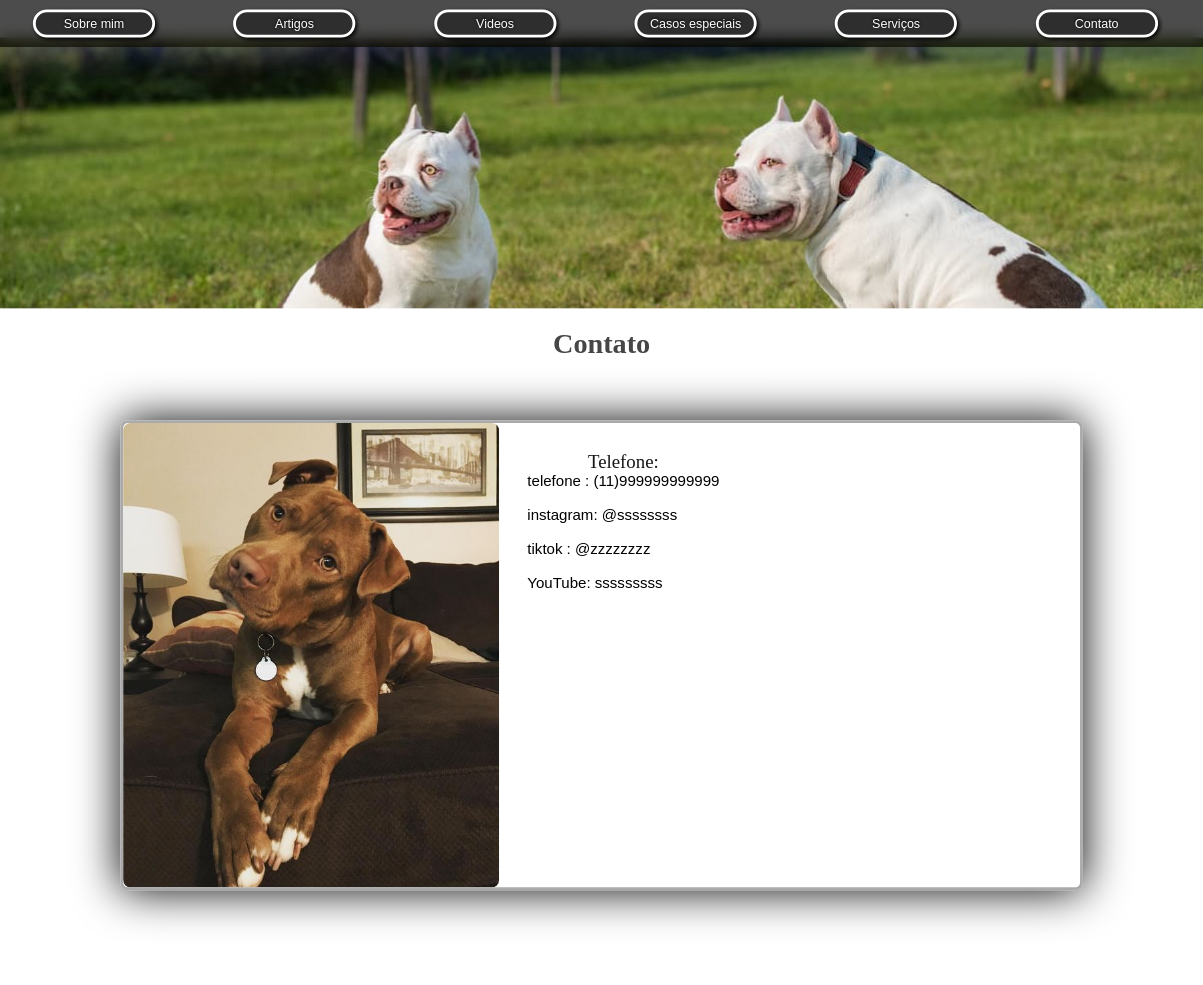
Repository: KevynMarques/Blog-React-StyledComponent
Page: /, after clicking the first element matching `button.sc-iGgWBj`
An editor plug-in stored every save of this project. The page is shown before and after a run of saves, followed by the edit.
The browser window is 1280 px wide. The pictures show the whole page, at 94% of full size.
The project was rebuilt for these pictures with package versions that can differ from the ones it lists, and the page was loaded fresh each time. Also part of the build but not shown: src/Components/Artigos/index.jsx, src/Components/Clientes/index.jsx, src/Components/Serviços/index.jsx, src/Components/View/index.jsx.

Above is the page before, as saved 2022-02-21 19:29:10.

### public/index.html
<!DOCTYPE html>
<html lang="pt-BR">
  <head>
    <meta charset="utf-8" />
    <link rel="icon" href="%PUBLIC_URL%/favicon.ico" />
    <meta name="viewport" content="width=device-width, initial-scale=1" />
    <meta name="theme-color" content="#000000" />
    <meta
      name="description"
      content="Web site created using create-react-app"
    />
    <link rel="apple-touch-icon" href="%PUBLIC_URL%/logo192.png" />
    <!--
      manifest.json provides metadata used when your web app is installed on a
      user's mobile device or desktop. See https://developers.google.com/web/fundamentals/web-app-manifest/
    -->
    <!--
      Notice the use of %PUBLIC_URL% in the tags above.
      It will be replaced with the URL of the `public` folder during the build.
      Only files inside the `public` folder can be referenced from the HTML.

      Unlike "/favicon.ico" or "favicon.ico", "%PUBLIC_URL%/favicon.ico" will
      work correctly both with client-side routing and a non-root public URL.
      Learn how to configure a non-root public URL by running `npm run build`.
    -->
    <title>Adestramento DK</title>
  </head>
  <body>
    <noscript>You need to enable JavaScript to run this app.</noscript>
    <div id="root"></div>
    <!--
      This HTML file is a template.
      If you open it directly in the browser, you will see an empty page.

      You can add webfonts, meta tags, or analytics to this file.
      The build step will place the bundled scripts into the <body> tag.

      To begin the development, run `npm start` or `yarn start`.
      To create a production bundle, use `npm run build` or `yarn build`.
    -->
  </body>
</html>

### src/App.jsx
import Home from './Pages/Home';
import Sobre from './Components/Sobre/index';
import { useState, useEffect } from 'react';
import { GlobalStyle } from './GlobalStyle';
import Geral from './Components/Geral/index';


function App() {

  const [geral, setGeral]=useState(<Sobre />);

  return (
    <>
    <Home setGeral={setGeral} geral={geral}  />
    <Geral geral={geral} />
    <GlobalStyle/>
   </>
  );
}

export default App;

### src/Pages/Home/index.jsx
import React, {useState} from "react"
import {  Home, Videos, Comportamental, Serviços, Diversos, Contato } from "../../Components/Buttons/Style"
import Sobre from '../../Components/Sobre/index'
import Comport  from '../../Components/Artigos/index'
import Clientes from '../../Components/Clientes/index'
import Serv from "../../Components/Serviços"
import Cont from '../../Components/Contato/index'
import View from "../../Components/View"
import { ContainerHeader } from "../../Components/Containers/style"




export default (props) => {

  const [ativo, setAtivo] = useState(false)
  const [ativoVideos, setAtivoVideos] = useState(true)
  const [ativoComp, setComp] = useState(true)
  const [Casos, setCasos] = useState(true)
  const [serviços, setServiços] = useState(true)
  const [contato, setContato] = useState(true)


  return (
   <>
    <ContainerHeader>

       <Home
         setAtivo={setAtivo}
         ativo={ativo}
         onClick={()=>(props.setGeral(<Sobre />),
         setAtivo(false),
         setAtivoVideos(true),
         setComp(true),
         setCasos(true),
         setServiços(true)
         )}>
         <p>Sobre mim</p>
      </Home>


       <Comportamental
          onClick={() =>(props.setGeral(<Comport />),
          setAtivo(true),
          setAtivoVideos(true),
          setComp(false),
          setCasos(true),
          setServiços(true))}

          setComp={setComp}
          ativoComp={ativoComp}>

         <p>Artigos</p>
       </Comportamental>

       <Videos
        ativoEquip={ativoVideos}
        setAtivoVideos={setAtivoVideos}
        onClick={()=>(props.setGeral(<View />),
        setAtivo(true),
        setAtivoVideos(false),
        setComp(true),
        setCasos(true),
        setServiços(true)
        )}>
        <p>Videos</p>
       </Videos>

       <Diversos
          onClick={() =>(props.setGeral(<Clientes />),
          setAtivo(true),
          setAtivoVideos(true),
          setComp(true),
          setCasos(false),
          setServiços(true))}
          setCasos={setCasos}
          Casos={Casos}>
         <p>Casos especiais</p>
       </Diversos>


       <Serviços onClick={() =>(props.setGeral(<Serv />),
        setAtivo(true),
        setAtivoVideos(true),
        setComp(true),
        setCasos(true),
        setServiços(false))}
        setServiços={setServiços}
        serviços={serviços}>
         <p>Serviços</p>
       </Serviços>

       <Contato onClick={() =>(props.setGeral(<Cont />),
        setAtivo(true),
        setAtivoVideos(true),
        setComp(true),
        setCasos(true),
        setServiços(true),
        setContato(false)
       )}
          setContato={setContato}
          contato={contato}>
         <p>Contato</p>
      </Contato>

    </ContainerHeader>
    </>
  );
}

### src/Components/Sobre/index.jsx
import Foto from '../Image/foto.png'
import LV from '../Image/LV.jpg';
import Dog from '../Image/Dog.png'
import { Tittle } from "../Textos&Titles/style";
import { ContainerBaner, ContainerBox, ContainerIMG } from "../Containers/style";
import { Info } from "../Textos&Titles/style";
import { SubTitle } from '../Textos&Titles/style';
import { TitleInfo } from '../Textos&Titles/style';


export default () => {
  return (
<>
     <ContainerBaner>
      <img src={Dog} />
     </ContainerBaner>

   <Tittle>
          Adestramento DK
  </Tittle>


  <ContainerBox>
       <ContainerIMG>
        <img src={Foto} />
       </ContainerIMG>
       <Info>
       <TitleInfo>Quem sou eu</TitleInfo>
       meu nome é Kevyn Marques sempre fui um apaixonado por cães, no ano de 2017 tive o prazer
       de fazer parte do 2BPE  onde pude ter  meu primeiro contato com cães de trabalho tanto de faro como de guarda, encantando com aqueles animais comecei a pesquisar e estudar sobre comportamento canino  e desde la eu nunca mais parei, ao longo da minha jornada como adestrador fiz inumeros cursos com pessoas que estão na aréa do adestramento a anos, tanto no esporte canino como no treinamento pet podendo ter uma visão ampla e diversificade de cada caso que passa pelas minhas mãos, tenho um orgulho enorme dos meus resultados, acredito que todos com a orientação adequada podem ter uma vida em harmonia com seus cães independente do tamanho do problema ele sempre tera solução.
       </Info>
       </ContainerBox>

  <SubTitle>  Viper e Logan !
  </SubTitle>


    <ContainerBox>
       <ContainerIMG>
        <img src={LV} />
       </ContainerIMG>
       <Info>
       <TitleInfo>Nosso dia a dia</TitleInfo>
       Apesar de ter tido cães a vida toda o meu primeiro cão de trabalho foi o Logan, meu pastor Belga Malinois que se encontra ao lado direito da foto, com o Logan vieram inumeros desafios afinal é uma raça dificil de lidar, temperamento forte muita disposição e um drive de caça altissimo, porem com a tecnica é o conhecimento adequado o Logan se tornou a melhor companhia que ja tive na vida, ja o Mali mais escuro na foto é o Viper, minha paixão por Malinois so aumenta e com isso veio mais um para familia, o pequeno Viper é bem diferente do Logan, um cão mais calmo e de um temperamento extremamente equilibrado por enquanto ainda não sei se irei treina-lo para guarda e proteção como o Logan, porem uma coisa é certa, eles fazem uma dupla e tanto !! Irei postar videos rotineiros dos treinos de ambos e espero que vocês acompanhem !
       </Info>
   </ContainerBox>
</>

  );
}

### src/GlobalStyle.jsx
import { createGlobalStyle } from 'styled-components';

 export const GlobalStyle = createGlobalStyle`
  * {
    margin: 0;
    padding: 0;
    box-sizing: border-box;

  }
`;

### src/Components/Geral/index.jsx
import React from "react"

export default (props) => {

  return (

    <>
    {props.geral}
    </>

  );

}

### src/Components/Buttons/Style.jsx
import styled from "styled-components";


export const Home = styled.button `
background:${props => props.ativo ? '#2e2e2e' : '#000000'};
font-family: Arial, Helvetica, sans-serif;
font-style:normal;
color:#ffffff;
border:3px solid #ffffff;
text-shadow:0px -1px 3px #000000;
box-shadow:2px 2px 5px #000000;
box-shadow:2px 2px 5px #000000;
box-shadow:2px 2px 5px #000000;
border-radius:25px 25px 25px 25px;
border-radius:25px 25px 25px 25px;
border-radius:25px 25px 25px 25px;
width:130px;
height: 30px;

&:hover {
  background-color: black;
}

cursor:pointer;
margin:0 auto;
margin-left: 35px;

&:active {
  transform: scale(0.9);
}

`;


export const Videos = styled(Home) `

background:${props => props.ativoEquip ? '#2e2e2e' : '#000000'};

`;

export const Comportamental = styled(Home) `

background:${props => props.ativoComp ? '#2e2e2e' : '#000000'};

`;


export const Diversos = styled(Home) `

background:${props => props.Casos? '#2e2e2e' : '#000000'};

`;


export const Serviços = styled(Home) `

background:${props => props.serviços? '#2e2e2e' : '#000000'};

`;

export const Contato = styled(Home) `

background:#2e2e2e;

`;

### src/Components/Contato/index.jsx

import  Apbt from '../Image/apbt.jpg';
import Original from '../Image/Original.jpg'
import { SubTitle, Info } from "../Textos&Titles/style";
import { ContainerIMG, ContainerBox, ContainerBaner } from "../Containers/style";
import { Grif } from '../Textos&Titles/style';




export default () => {
  return (
    <>
    <ContainerBaner>
    <img src={Apbt} />
    </ContainerBaner>

    <SubTitle>
      Contato
    </SubTitle>

      <ContainerBox>
       <ContainerIMG>
       <img src={Original} />
       </ContainerIMG>
       <Info>
         <Grif>Telefone: </Grif>
       telefone : (11)999999999999
       <br></br><br></br>
       instagram: @ssssssss
       <br></br><br></br>
       tiktok : @zzzzzzzz

       <br></br><br></br>
        YouTube:  sssssssss
        </Info>
       </ContainerBox>
    </>
  );
}

### src/Components/Containers/style.jsx
import  styled  from "styled-components";



export const  ContainerHeader  = styled.div `
     width: 100vw;
     height: 50px;
     margin: 0;
     position: fixed;
     z-index: 99999;
     background: rgba( 0, 0, 0, 0.7 );
     box-shadow: 0 8px 32px 0 rgba( 31, 38, 135, 0.37 );
     backdrop-filter: blur( 7.5px );
     -webkit-backdrop-filter: blur( 7.5px );
     color:white;
     display: flex;
     align-items: center;
     justify-content: center;
`;



export const ContainerBaner= styled.div `
  width: 100%;
  height: 40vh;


    img {
    width: 100%;
    height: 100%;
    object-fit: cover;
    margin-top: 40px;

    }
`;


export const  ContainerBox = styled.section `
  height: 500px;
  border: solid 3px #aaaaaa;
  width: 80vw;
  margin: 100px  10%;
  border-radius: 8px;
  box-shadow: 0 0 3em Black;
  display: flex;
  `;


export const ContainerIMG = styled.div `

    min-width:400px;
    height:494px;

  img {
    object-fit: cover;
    width: 100%;
    height: 100%;
    border-radius: 8px;
  }

`;

### src/Components/Textos&Titles/style.jsx
import styled from 'styled-components'



export const Tittle = styled.h1`
@import url('https://fonts.googleapis.com/css2?family=Bangers&display=swap');
color: #312f2f;
font-size: 60px;
font-family: 'Bangers', cursive;
text-align: center;
height: 40px;
margin-top: 45px;
`;


export const Info = styled.p`
 margin: 30px;
 font-family: Arial, Helvetica, sans-serif;
`;


export const SubTitle = styled.h2 `
 text-align: center;
 font-size: 30px;
 margin-top: 60px;
 font-family: Arial, Helvetica, sans-serif;
 color: #464646;
 margin-bottom: -35px;
 font-family: 'Bangers', cursive;
`;


export const TitleInfo = styled.div `
 text-align: center;
 font-size: 30px;
 font-family: Arial, Helvetica, sans-serif;
 color: #464646;
 font-family: 'Bangers', cursive;
 margin-bottom: 15px;
`;


export const Grif =  styled.p`
 text-align: center;
 font-size:  20px;
 font-family: Arial, Helvetica, sans-serif;
 color: #161616;
 font-family: 'Bangers', cursive;
`;

Loaded but not shown: src/index.js (common file)

After the next 3 saves:
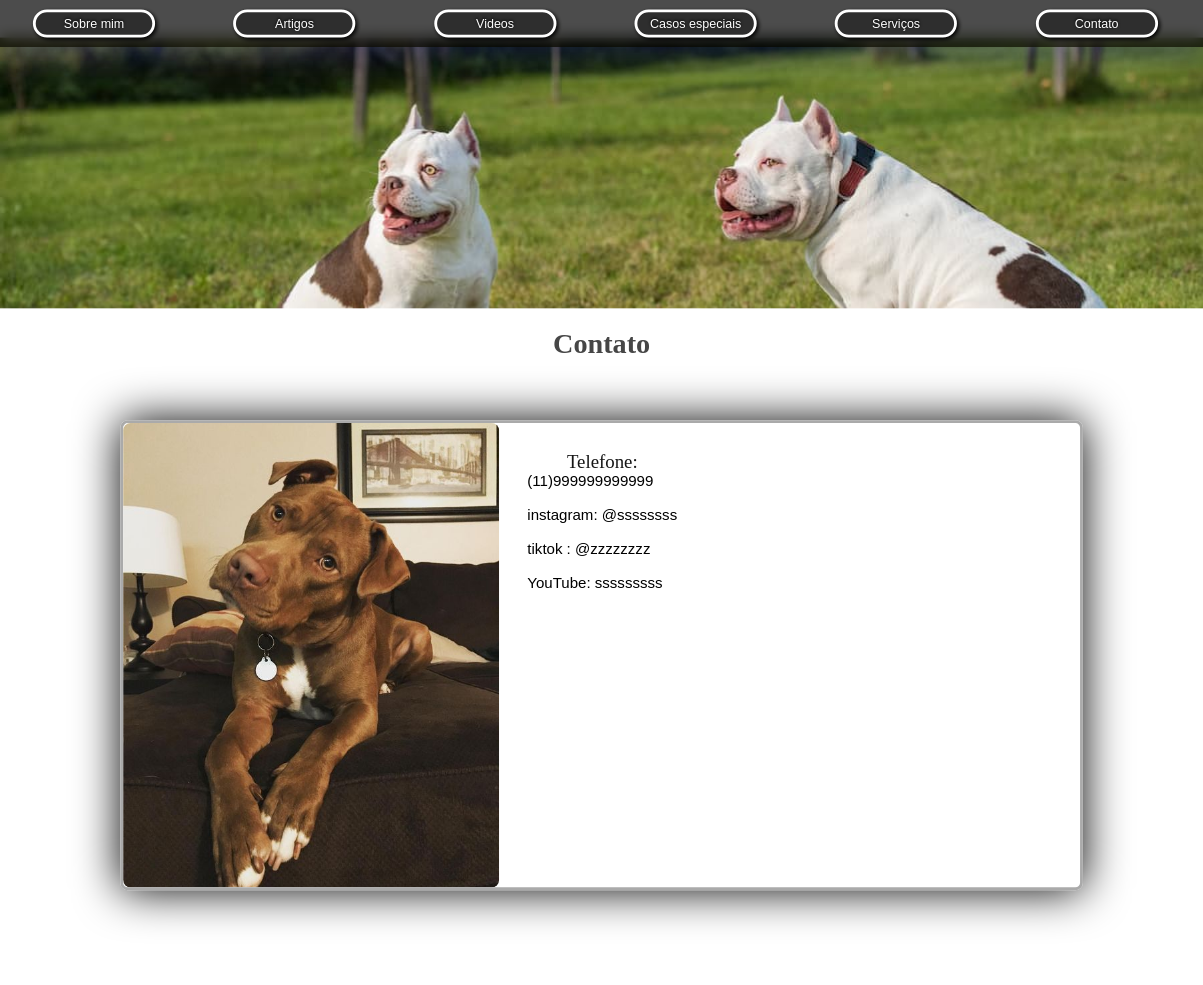
The 3 saves are shown as one change because they came seconds apart.
The last was saved 10 s later.
--- a/src/Components/Contato/index.jsx
+++ b/src/Components/Contato/index.jsx
@@ -24,8 +24,7 @@ export default () => {
        <img src={Original} />
        </ContainerIMG>
        <Info>
-         <Grif>Telefone: </Grif>
-       telefone : (11)999999999999
+         <Grif>Telefone:</Grif> (11)999999999999
        <br></br><br></br>
        instagram: @ssssssss
        <br></br><br></br>
